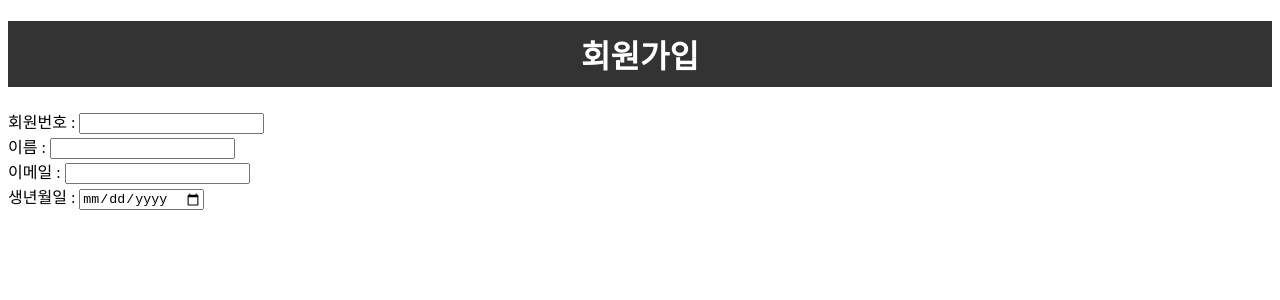
Repository: hiiiiiilim/Servlet-JSP-Workspace
Page: http://localhost/join/register.jsp
The author's editor kept a copy of each file at every save. The page is drawn from the files as they stood at one save, then again after the next save.
The browser window is 1280 px wide. The pictures show the whole page.
The page is served by Tomcat 9. Other server files are loaded and not shown.

Above is the page before, as saved 2023-11-07 01:40:08.

### join/src/main/webapp/register.jsp
<%@ page language="java" contentType="text/html; charset=EUC-KR"
    pageEncoding="EUC-KR"%>
<!DOCTYPE html>
<html>
<head>
<meta charset="EUC-KR">
<title>Insert title here</title>
	<link rel="stylesheet" type="text/css" href="styles.css">
</head>
<body>
<h1>회원가입</h1>
<form action="RegisterServlet" method="post">
	<label for = "mno">회원번호 :</label>
	<input type="text" id="mno" name = "mno" required><br>

	<label for = "mname">이름 :</label>
	<input type="text" id="mname" name = "mname" required><br>

	<label for="memail">이메일 : </label>
	<input type="email" id="memail" name ="memail" required><br>

	<label for="mbirth">생년월일 : </label>
	<input type="date" id="mbirth" name ="mbirth" required><br>
</form>
</body>
</html>

### join/src/main/webapp/styles.css

h1 {
	background-color: #333;
	color:#fff;
	padding : 10px;
	text-align:center;
}

After the next save:
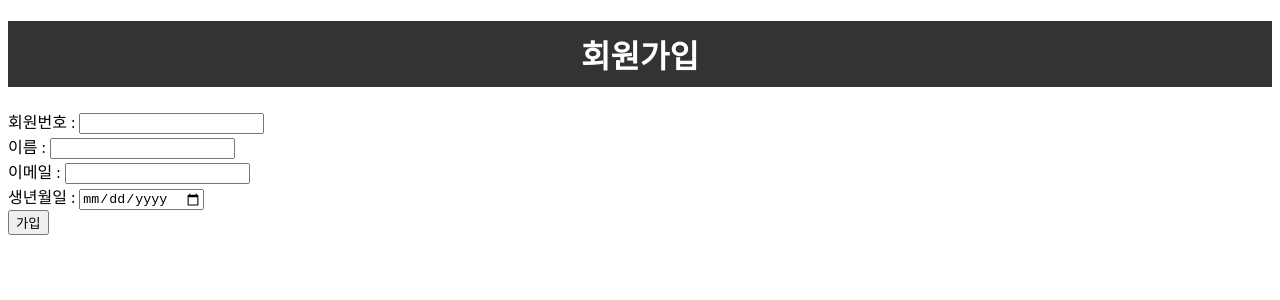
Saved 63 s later.
--- a/join/src/main/webapp/register.jsp
+++ b/join/src/main/webapp/register.jsp
@@ -21,6 +21,8 @@
 
 	<label for="mbirth">생년월일 : </label>
 	<input type="date" id="mbirth" name ="mbirth" required><br>
+
+	<input type="submit" value="가입">
 </form>
 </body>
 </html>
